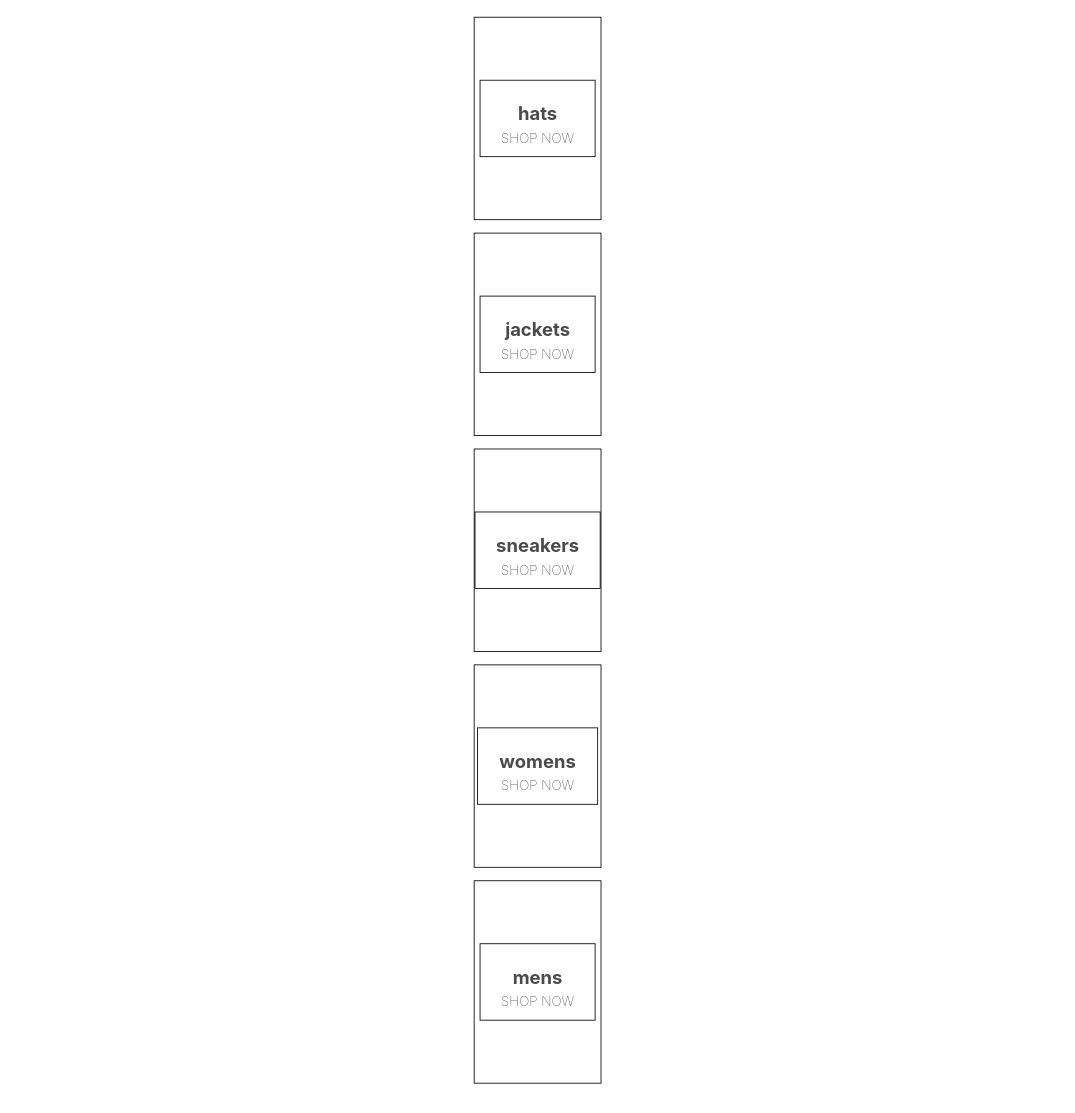
Repository: jsanjeykumar/crwn-clothing
Page: /
An editor plug-in stored every save of this project. The page is shown before and after the next save, followed by the edit.
The browser window is 1280 px wide. The pictures show the whole page, at 84% of full size.
The project was rebuilt for these pictures with package versions that can differ from the ones it lists, and the page was loaded fresh each time. Also part of the build but not shown: src/App.css.

Above is the page before, as saved 2020-04-12 21:34:25.

After the next save:
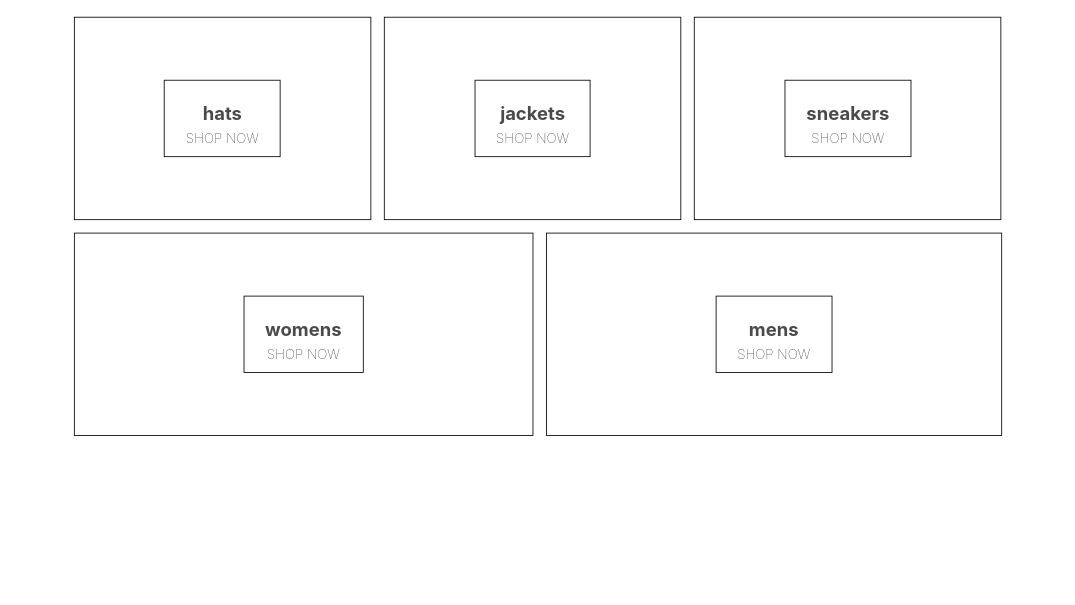
Saved 30 s later.
--- a/src/component/directory/directory.component.jsx
+++ b/src/component/directory/directory.component.jsx
@@ -44,7 +44,7 @@ class Directory extends Component {
   }
   render() {
     return (
-      <div>
+      <div className='directory-menu' >
         {this.state.sections.map(({ title, id, imageUrl }) => (
           <MenuItem key={id} title={title} imageUrl={imageUrl} />
         ))}
